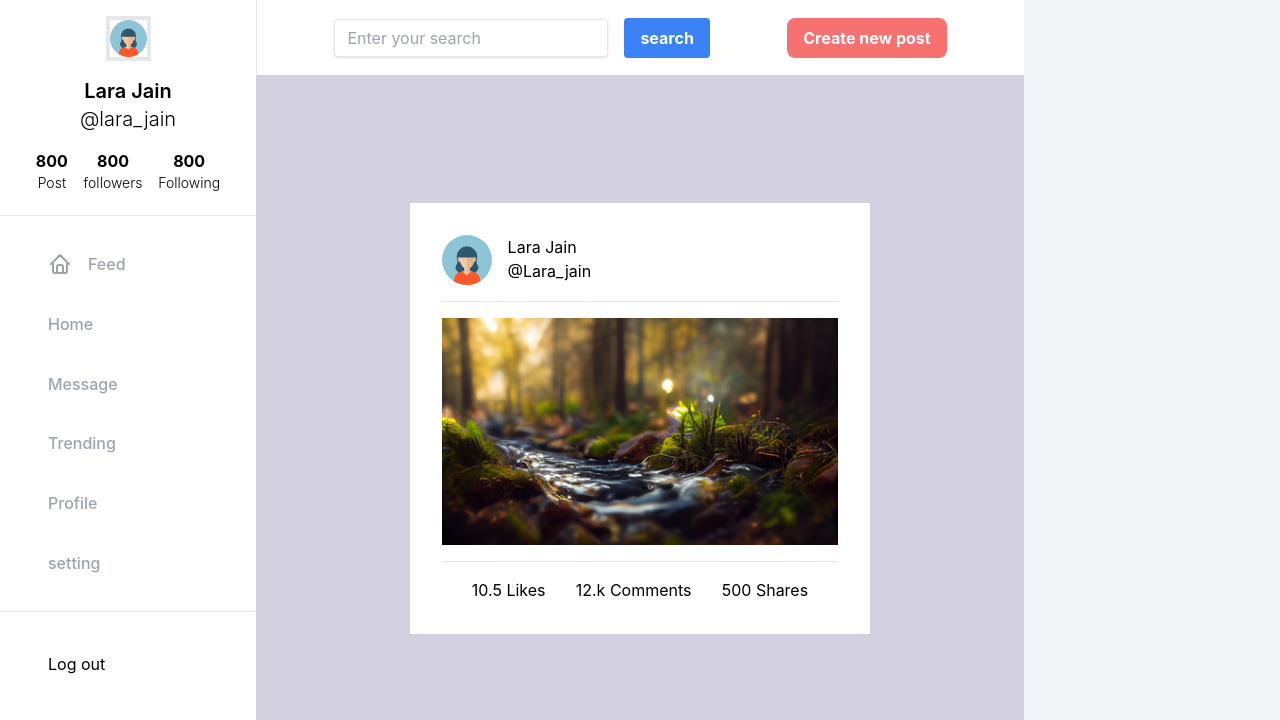
Repository: cosmicswati/upgrad-captions-project
Page: /
The author's editor kept a copy of each file at every save. The page is drawn from the files as they stood at one save, then again after the next save.
The browser window is 1280 px wide. The pictures show the whole page.
An inner scrolling area shows only its first screen. The project was rebuilt for these pictures with package versions that can differ from the ones it lists, and the page was loaded fresh each time. Also part of the build but not shown: src/modules/Authorization/Form.jsx, src/modules/Authorization/index.js.

Above is the page before, as saved 2024-04-10 13:37:39.

After the next save:
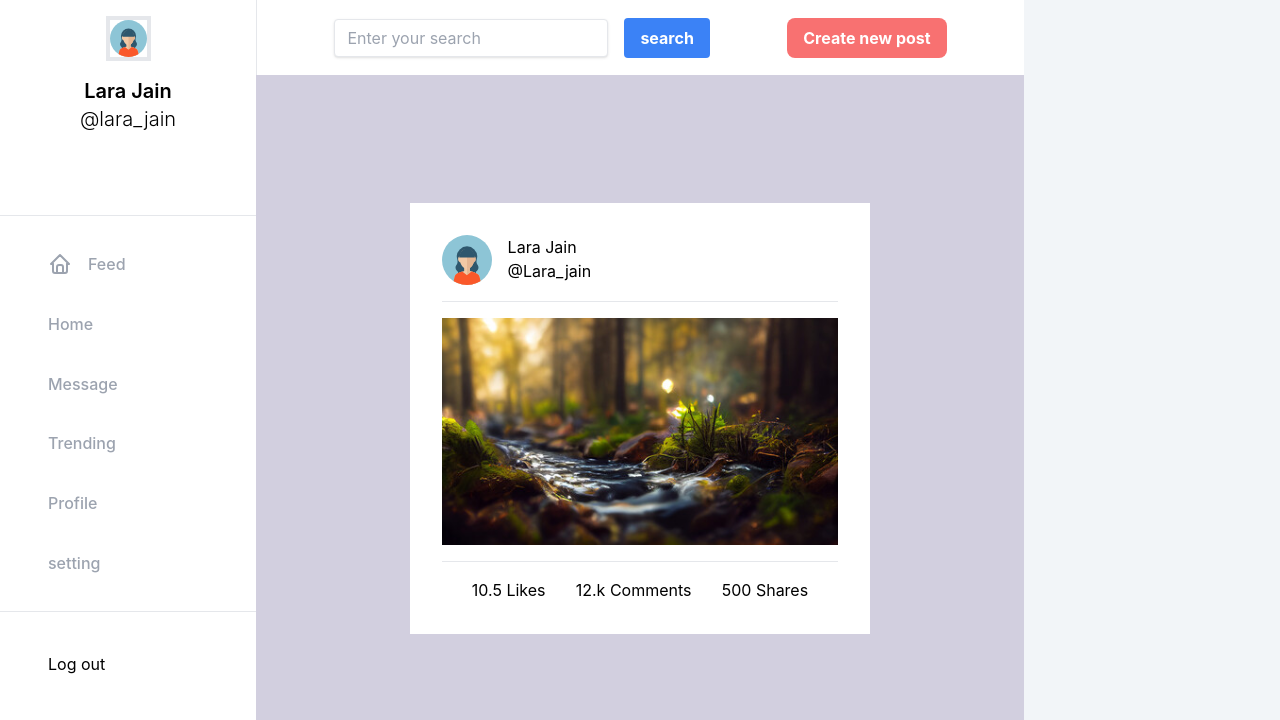
Saved 2 min 39 s later.
--- a/src/modules/Home/index.js
+++ b/src/modules/Home/index.js
@@ -23,23 +23,12 @@ const Home = () => {
                         {
                             stats.map(({id, name, stats}) => {
                                 <div>
-                                  <h4 className='font-bold'>800</h4>
-                                 <p className='font-light text-sm'>Post</p>
+                                  <h4 className='font-bold'>{stats}</h4>
+                                 <p className='font-light text-sm'>{name}</p>
                             </div>
                             })
                         }
-                        <div>
-                            <h4 className='font-bold'>800</h4>
-                            <p className='font-light text-sm'>Post</p>
-                        </div>
-                        <div>
-                            <h4 className='font-bold'>800</h4>
-                            <p className='font-light text-sm'>followers</p>
-                        </div>
-                        <div>
-                            <h4 className='font-bold'>800</h4>
-                            <p className='font-light text-sm'>Following</p>
-                        </div>
+
                     </div>
                 </div>
             </div>
